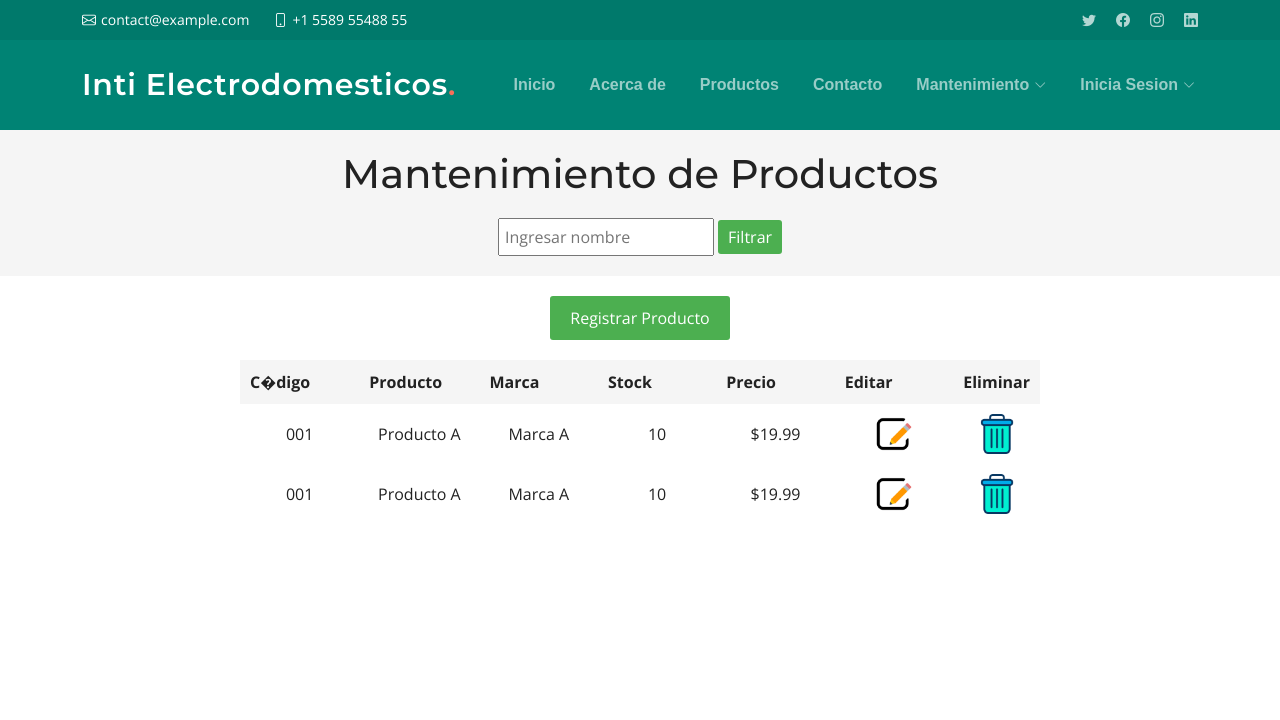
Repository: JReynaldoDelRio/DAWI---IntiElectrdomesticos
Page: http://localhost/mantenimientoProducto
These files come from the project's save history. The page is drawn as it stood at one moment and after the next save; the edit follows.
The browser window is 1280 px wide. The pictures show the whole page.
Some web fonts or font styles are not loaded; a fallback is used. Some web libraries are served in a nearby version. The page is this project's Thymeleaf template; nobody is signed in. The template is opened directly, without the code that normally fills it, so the values that code supplies are empty.

Above is the page before, as saved 2023-06-07 07:53:56.

After the next save:
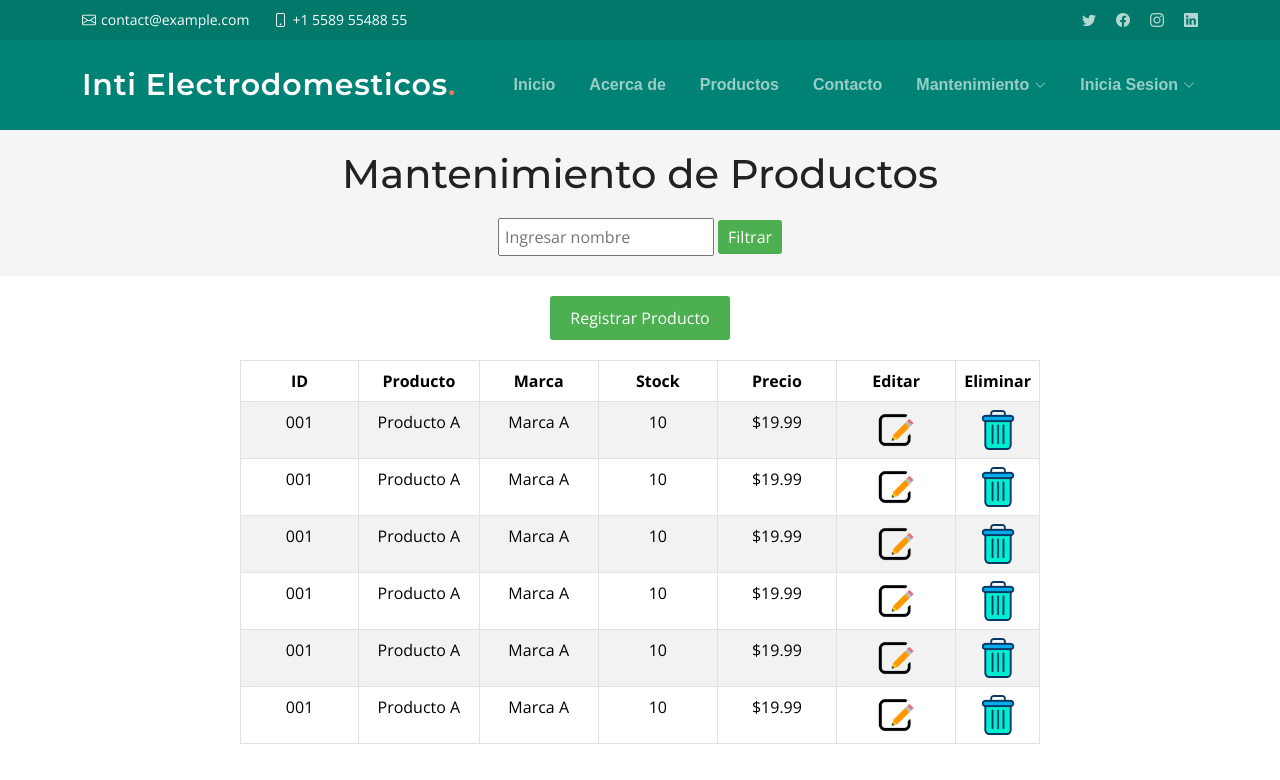
Saved 27 s later.
--- a/IntiElectrodomesticos/src/main/resources/templates/mantenimientoProducto.html
+++ b/IntiElectrodomesticos/src/main/resources/templates/mantenimientoProducto.html
@@ -19,6 +19,7 @@
   <link href="assets/vendor/aos/aos.css" rel="stylesheet">
   <link href="assets/vendor/glightbox/css/glightbox.min.css" rel="stylesheet">
   <link href="assets/vendor/swiper/swiper-bundle.min.css" rel="stylesheet">
+  <link rel="stylesheet" href="https://cdn.jsdelivr.net/npm/bootstrap@5.7.1/dist/css/bootstrap.min.css">
 
 
   <link href="assets/css/main.css" rel="stylesheet">
@@ -123,10 +124,10 @@
       </header>
       <main>
         <button class="register-button" onclick="openDialog()">Registrar Producto</button>
-        <table>
+        <table class="table table-bordered table-striped text-center">
           <thead>
             <tr>
-              <th>Código</th>
+              <th>ID</th>
               <th>Producto</th>
               <th>Marca</th>
               <th>Stock</th>
@@ -155,6 +156,42 @@
                 <td><img src="img/editar.png" alt="Editar"></td>
                 <td><img src="img/eliminar.png" alt="Editar"></td>
               </tr>
+              <tr>
+                <td>001</td>
+                <td>Producto A</td>
+                <td>Marca A</td>
+                <td>10</td>
+                <td>$19.99</td>
+                <td><img src="img/editar.png" alt="Editar"></td>
+                <td><img src="img/eliminar.png" alt="Editar"></td>
+              </tr>
+              <tr>
+                <td>001</td>
+                <td>Producto A</td>
+                <td>Marca A</td>
+                <td>10</td>
+                <td>$19.99</td>
+                <td><img src="img/editar.png" alt="Editar"></td>
+                <td><img src="img/eliminar.png" alt="Editar"></td>
+              </tr>
+              <tr>
+                <td>001</td>
+                <td>Producto A</td>
+                <td>Marca A</td>
+                <td>10</td>
+                <td>$19.99</td>
+                <td><img src="img/editar.png" alt="Editar"></td>
+                <td><img src="img/eliminar.png" alt="Editar"></td>
+              </tr>
+              <tr>
+                <td>001</td>
+                <td>Producto A</td>
+                <td>Marca A</td>
+                <td>10</td>
+                <td>$19.99</td>
+                <td><img src="img/editar.png" alt="Editar"></td>
+                <td><img src="img/eliminar.png" alt="Editar"></td>
+              </tr>
           </tbody>
         </table>
       </main>
